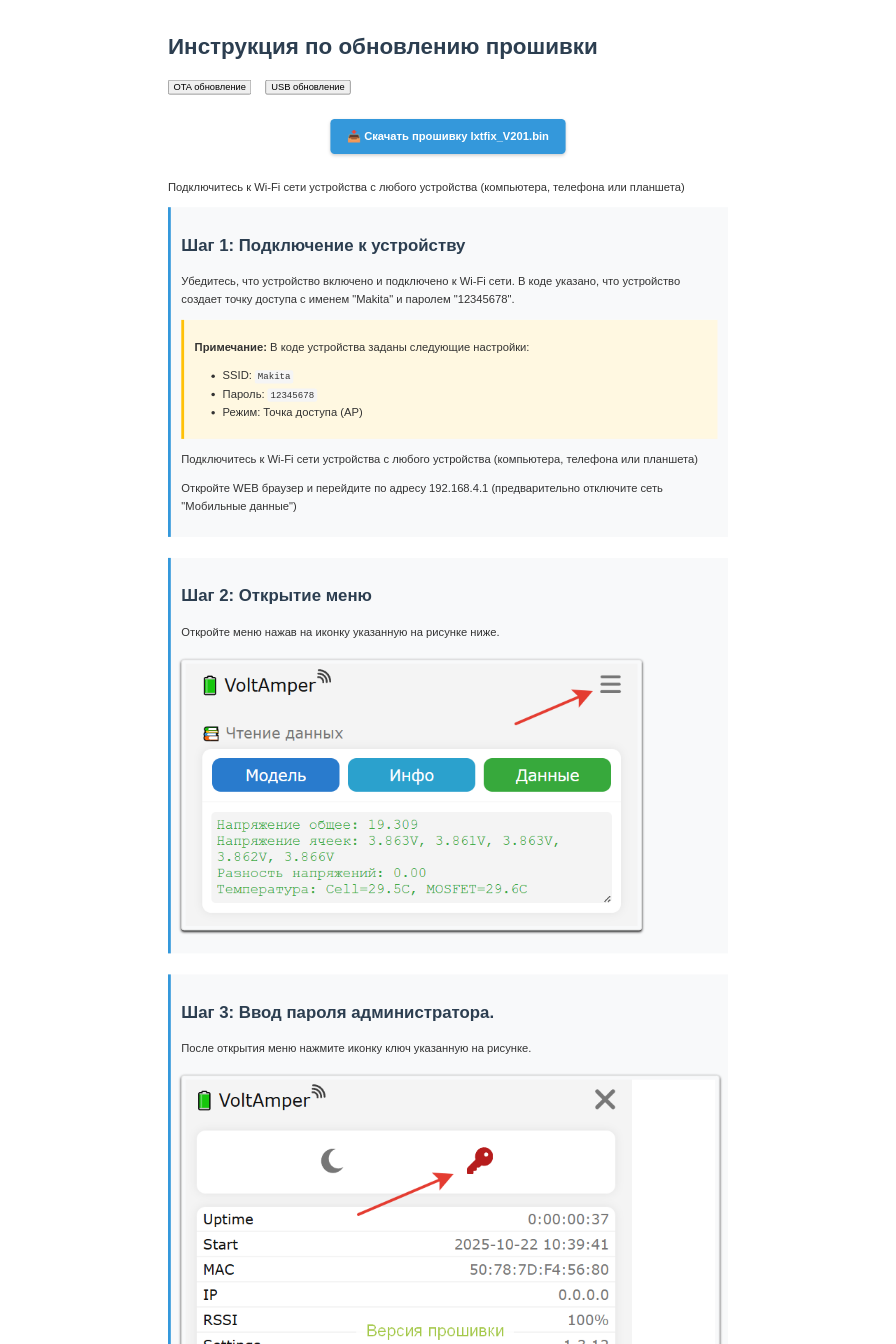
Repository: NikElectronics/ELIXStoFIX
Page: firmware.html
The author's editor kept a copy of each file at every save. The page is drawn from the files as they stood at one save, then again after the next save.
The browser window is 1280 px wide. The pictures show the part of the page from y = 0 to 1920 px (the page is 5433 px tall before and 5601 px after), at 70% of full size.

Above is the page before, as saved 2026-01-16 15:34:54.

### firmware.html
<!DOCTYPE html>
<html lang="ru">

<head>
    <meta charset="UTF-8">
    <meta name="viewport" content="width=device-width, initial-scale=1.0">
    <title>Инструкция по обновлению прошивки</title>
    <style>
        body {
            font-family: Arial, sans-serif;
            line-height: 1.6;
            max-width: 800px;
            margin: 0 auto;
            padding: 20px;
            color: #333;
        }

        h1,
        h2,
        h3 {
            color: #2c3e50;
        }

        .step {
            margin-bottom: 30px;
            padding: 15px;
            border-left: 4px solid #3498db;
            background-color: #f8f9fa;
        }

        .screenshot {
            max-width: 100%;
            border: 1px solid #ddd;
            border-radius: 4px;
            padding: 5px;
            margin: 10px 0;
            box-shadow: 0 2px 4px rgba(0, 0, 0.1);
            cursor: pointer;
            transition: transform 0.3s ease;
        }

        .screenshot:hover {
            transform: scale(1.05);
        }

        /* Стили для модального окна изображения */
        .modal {
            display: none;
            position: fixed;
            z-index: 1000;
            left: 0;
            top: 0;
            width: 100%;
            height: 100%;
            background-color: rgba(0, 0, 0, 0.9);
            backdrop-filter: blur(5px);
        }

        .modal-content {
            display: block;
            margin: auto;
            max-width: 90%;
            max-height: 90%;
            position: absolute;
            top: 50%;
            left: 50%;
            transform: translate(-50%, -50%);
            border-radius: 8px;
        }

        .close {
            position: absolute;
            top: 20px;
            right: 35px;
            color: #fff;
            font-size: 40px;
            font-weight: bold;
            cursor: pointer;
            z-index: 1001;
        }

        .close:hover {
            color: #ccc;
        }

        .note {
            background-color: #fff8e1;
            border-left: 4px solid #ffc107;
            padding: 10px 15px;
            margin: 15px 0;
        }

        .warning {
            background-color: #ffebee;
            border-left: 4px solid #f44336;
            padding: 10px 15px;
            margin: 15px 0;
        }

        code {
            background-color: #f5f5f5;
            padding: 2px 4px;
            border-radius: 3px;
            font-family: monospace;
        }

        .download-btn {
            display: inline-block;
            background-color: #3498db;
            color: white;
            padding: 12px 24px;
            text-decoration: none;
            border-radius: 6px;
            font-weight: bold;
            transition: all 0.3s ease;
            box-shadow: 0 2px 5px rgba(0, 0, 0, 0.2);
            margin: 15px 0;
        }

        .download-btn:hover {
            background-color: #2980b9;
            transform: translateY(-2px);
            box-shadow: 0 4px 8px rgba(0, 0, 0, 0.2);
        }

        .download-btn:active {
            transform: translateY(0);
            box-shadow: 0 2px 3px rgba(0, 0, 0, 0.2);
        }

        .download-container {
            text-align: center;
            margin: 20px 0;
        }
    </style>
</head>

<body>

    <h1>Инструкция по обновлению прошивки</h1>

    <div style="display: flex; gap: 20px; margin: 20px 0;">
        <button id="otaTab" class="tab-btn active" onclick="showTab('ota')">OTA обновление</button>
        <button id="usbTab" class="tab-btn" onclick="showTab('usb')">USB обновление</button>
    </div>

    <div id="otaContent" class="tab-content">

    <div class="download-container">
        <a href="files/lxtfix_V201.bin" download class="download-btn">
            📥 Скачать прошивку lxtfix_V201.bin
        </a>
    </div>

    <p>Подключитесь к Wi-Fi сети устройства с любого устройства (компьютера, телефона или планшета)</p>
    <div class="step">
        <h2>Шаг 1: Подключение к устройству</h2>
        <p>Убедитесь, что устройство включено и подключено к Wi-Fi сети. В коде указано, что устройство создает точку
            доступа с именем "Makita" и паролем "12345678".</p>
        <div class="note">
            <p><strong>Примечание:</strong> В коде устройства заданы следующие настройки:</p>
            <ul>
                <li>SSID: <code>Makita</code></li>
                <li>Пароль: <code>12345678</code></li>
                <li>Режим: Точка доступа (AP)</li>
            </ul>
        </div>
        <p>Подключитесь к Wi-Fi сети устройства с любого устройства (компьютера, телефона или планшета)</p>
         <p>Откройте WEB браузер и перейдите по адресу 192.168.4.1 (предварительно отключите сеть "Мобильные данные")</p>
    </div>

    <div class="step">
        <h2>Шаг 2: Открытие меню</h2>
        <p>Откройте меню нажав на иконку указанную на рисунке ниже. </p>
        <img src="images/menu.png" alt="Главная страница веб-интерфейса" class="screenshot">
    </div>

    <div class="step">
        <h2>Шаг 3: Ввод пароля администратора.</h2>
        <p>После открытия меню нажмите иконку ключ указанную на рисунке.</p>
        <img src="images/menu_open.png" alt="Главная страница веб-интерфейса" class="screenshot">
        <p>И введите в поле, открывшегося окна Password, пароль LTXFIX (для новых версий) или nik1709 (для старых
            версий)</p>
        <img src="images/password.png" alt="Главная страница веб-интерфейса" class="screenshot">
    </div>

    <div class="step">
        <h2>Шаг 4: Выбор прошивки</h2>
        <p>После ввода правильного пароля иконка ключа станет зеленым и появится иконка ОТА (облако)".</p>
        <p>Нажав на иконку OTA откроется прводник файлов вашего устройства. Найдите и выберите заранее скачанную
            прошивку.</p>
        <img src="images/pass_good.png" alt="Раздел программатора" class="screenshot">
        <div class="note">
            <p><strong>Примечание:</strong> Убедитесь, что файл прошивки имеет правильный формат (обычно .bin) и
                совместим с вашим устройством.</p>
        </div>
    </div>

    <div class="step">
        <h2>Шаг 5: Загрузка новой прошивки</h2>
        <p>После выбора файла прошивки нажмите кнопку ОК для начала загрузки. </p>
        <img src="images/firmware.png" alt="Интерфейс загрузки прошивки" class="screenshot">

    </div>

    <div class="step">
        <h2>Шаг 6: Процесс обновления</h2>
        <p>При обновлении прошивки иконка облако станет зеленым. Не прерывайте процесс обновления и не отключайте
            питание устройства до появления сообщения "OTA завершено" в нижней части экрана.</p>
        <img src="images/green.png" alt="Процесс обновления прошивки" class="screenshot">
        <div class="warning">
            <p><strong>Внимание:</strong> Прерывание процесса обновления может привести к повреждению прошивки и
                необходимости физического перепрограммирования устройства!</p>
        </div>
    </div>

    <div class="step">
        <h2>Шаг 7: Завершение обновления</h2>
        <p>После успешной загрузки прошивки устройство обычно перезагружается автоматически. Если этого не произошло, вы
            можете перезагрузить устройство вручную с помощью кнопки "Перезагрузить" в веб-интерфейсе или выключив и включив питание.</p>
    </div>

    <div class="step">
        <h2>Шаг 8: Проверка новой версии</h2>
        <p>После перезагрузки снова откройте меню и проверьте, что версия прошивки изменилась на новую.</p>
        <img src="images/control.png" alt="Процесс обновления прошивки" class="screenshot">
    </div>

    <div class="note">
        <h3>Дополнительная информация</h3>
        <p>В коде устройства реализована система лицензирования через серийный номер. Если после обновления возникают
            проблемы с лицензией, проверьте правильность введенного ключа в разделе программатора. Обратитесь в техподдержку.</p>
    </div>

    <div class="warning">
        <h3>Важные предупреждения</h3>
        <ul>
            <li>Под паролем администратора не совершайте иных действий кроме указанных в данной инструкции.</li>
            <li>Убедитесь, что источник прошивки надежный и файл не поврежден</li>
            <li>Не прерывайте процесс обновления</li>
            <li>Убедитесь, что устройство имеет стабильное питание во время обновления</li>
        </ul>
    </div>

    <!-- Модальное окно для изображений -->
    <div class="modal" id="imageModal">
        <span class="close" id="closeModal">&times;</span>
        <img class="modal-content" id="modalImage" src="" alt="">
    </div>

    <script>
        // Добавляем функционал для увеличения изображений
        document.addEventListener('click', function(event) {
            // Проверяем, является ли клик по изображению в контейнере
            if (event.target.classList.contains('screenshot')) {
                openImageModal(event.target.src, event.target.alt);
            }
        });

        // Функция для открытия модального окна с изображением
        function openImageModal(src, alt) {
            const modal = document.getElementById('imageModal');
            const modalImg = document.getElementById('modalImage');
            const closeModal = document.getElementById('closeModal');

            modalImg.src = src;
            modalImg.alt = alt;

            modal.style.display = 'block';

            // Обработчики закрытия
            closeModal.onclick = function() {
                modal.style.display = 'none';
            };

            modal.onclick = function() {
                modal.style.display = 'none';
            };
        }

        // Закрытие модального окна при нажатии на клавишу Escape
        document.addEventListener('keydown', function(event) {
            if (event.key === 'Escape') {
                const modal = document.getElementById('imageModal');
                if (modal.style.display === 'block') {
                    modal.style.display = 'none';
                }
            }
        });
    </script>

    <div id="usbContent" class="tab-content" style="display: none;">
        <div class="download-container">
            <a href="files/lxtfix_V201.bin" download class="download-btn">
                📥 Скачать прошивку lxtfix_V201.bin
            </a>
        </div>

        <div class="step">
            <h2>Шаг 1: Подготовка к USB обновлению</h2>
            <p>Для обновления прошивки через USB понадобится:</p>
            <ul>
                <li>USB кабель (micro-USB или USB-C, в зависимости от модели устройства)</li>
                <li>Скачанная прошивка (.bin файл)</li>
                <li>Программа для прошивки (например, ESP Flash Download Tool или PlatformIO)</li>
            </ul>
            <div class="note">
                <p><strong>Примечание:</strong> Убедитесь, что у вас установлены драйверы для подключения ESP32 компьютеру.</p>
            </div>

        <div class="step">
            <h2>Шаг 2: Подключение к компьютеру</h2>
            <p>Выключите устройство и подключите его к компьютеру через USB кабель.</p>
            <img src="images/usb-connection.png" alt="Подключение устройства через USB" class="screenshot">
        </div>

        <div class="step">
            <h2>Шаг 3: Запуск режима прошивки</h2>
            <p>Зажмите кнопку BOOT (или IO0) на плате ESP32 и включите питание, удерживая кнопку. После включения питания можно отпустить кнопку.</p>
            <div class="note">
                <p><strong>Примечание:</strong> Устройство должно появиться в диспетчере устройств как COM порт.</p>
            </div>
        </div>

        <div class="step">
            <h2>Шаг 4: Настройка программы прошивки</h2>
            <p>Откройте программу для прошивки (ESP Flash Download Tool или PlatformIO) и настройте параметры:</p>
            <ul>
                <li>Выберите соответствующий COM порт</li>
                <li>Установите скорость соединения (обычно 921600 или 460800)</li>
                <li>Выберите файл прошивки (.bin), который вы скачали ранее</li>
                <li>Установите адрес прошивки (обычно 0x00010000 или 0x00000000)</li>
            </ul>
        </div>

        <div class="step">
            <h2>Шаг 5: Загрузка прошивки</h2>
            <p>Начните процесс прошивки, нажав кнопку "Start" или "Upload" в программе. Дождитесь завершения процесса.</p>
            <img src="images/programmer-tab.jpeg" alt="Процесс загрузки прошивки" class="screenshot">
            <div class="warning">
                <p><strong>Внимание:</strong> Не отключайте USB кабель и не выключайте устройство до завершения процесса прошивки!</p>
            </div>
        </div>

        <div class="step">
            <h2>Шаг 6: Перезагрузка устройства</h2>
            <p>После успешной загрузки прошивки отключите питание устройства и отсоедините USB кабель. Затем снова подключите питание, чтобы запустить новую прошивку.</p>
        </div>

        <div class="step">
            <h2>Шаг 7: Проверка новой версии</h2>
            <p>После перезагрузки откройте веб-интерфейс устройства и проверьте, что версия прошивки изменилась на новую.</p>
        </div>

        <div class="note">
            <h3>Дополнительная информация</h3>
            <p>Если у вас возникли проблемы с подключением устройства к компьютеру, проверьте наличие и работоспособность USB драйверов.</p>
        </div>

        <div class="warning">
            <h3>Важные предупреждения</h3>
            <ul>
                <li>Убедитесь, что используете правильный файл прошивки для вашей модели устройства</li>
                <li>Не прерывайте процесс прошивки до его завершения</li>
                <li>Убедитесь, что устройство имеет стабильное питание во время обновления</li>
                <li>Проверьте правильность настроек COM порта и скорости соединения</li>
            </ul>
        </div>
    </div>

    <script>
        function showTab(tabName) {
            // Скрыть все содержимое вкладок
            document.getElementById('otaContent').style.display = 'none';
            document.getElementById('usbContent').style.display = 'none';

            // Убрать активный класс со всех кнопок
            document.getElementById('otaTab').classList.remove('active');
            document.getElementById('usbTab').classList.remove('active');

            // Показать выбранную вкладку и сделать кнопку активной
            document.getElementById(tabName + 'Content').style.display = 'block';
            document.getElementById(tabName + 'Tab').classList.add('active');
        }

        // Добавляем функционал для увеличения изображений
        document.addEventListener('click', function(event) {
            // Проверяем, является ли клик по изображению в контейнере
            if (event.target.classList.contains('screenshot')) {
                openImageModal(event.target.src, event.target.alt);
            }
        });

        // Функция для открытия модального окна с изображением
        function openImageModal(src, alt) {
            const modal = document.getElementById('imageModal');
            const modalImg = document.getElementById('modalImage');
            const closeModal = document.getElementById('closeModal');

            modalImg.src = src;
            modalImg.alt = alt;

            modal.style.display = 'block';

            // Обработчики закрытия
            closeModal.onclick = function() {
                modal.style.display = 'none';
            };

            modal.onclick = function() {
                modal.style.display = 'none';
            };
        }

        // Закрытие модального окна при нажатии на клавишу Escape
        document.addEventListener('keydown', function(event) {
            if (event.key === 'Escape') {
                const modal = document.getElementById('imageModal');
                if (modal.style.display === 'block') {
                    modal.style.display = 'none';
                }
            }
        });
    </script>
</body>

</html>

After the next save:
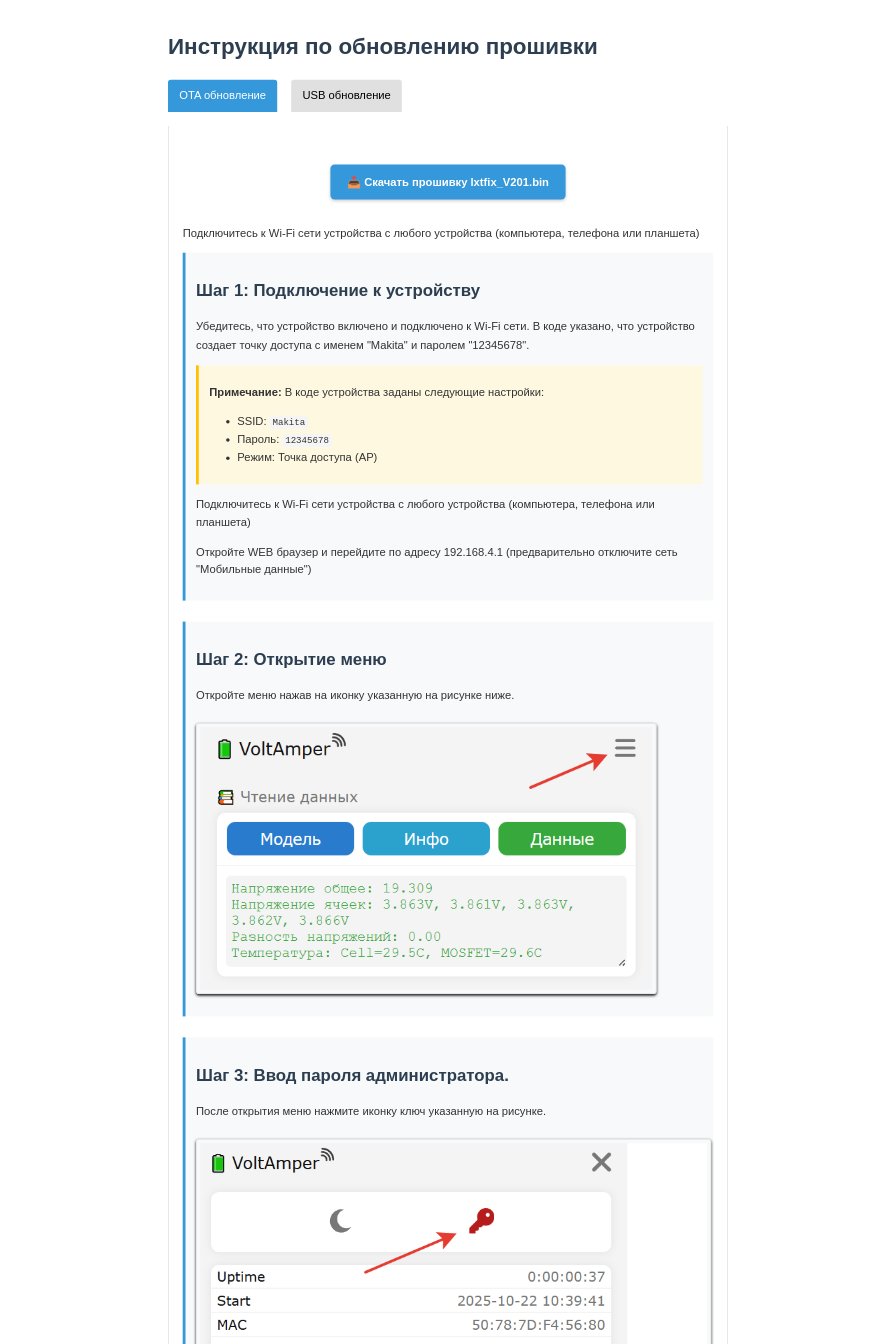
Saved 14 s later.
--- a/firmware.html
+++ b/firmware.html
@@ -132,6 +132,33 @@
             text-align: center;
             margin: 20px 0;
         }
+
+        .tab-btn {
+            background-color: #e0e0e0;
+            border: none;
+            outline: none;
+            cursor: pointer;
+            padding: 14px 16px;
+            font-size: 16px;
+            border-radius: 4px 4px 0 0;
+            transition: 0.3s;
+        }
+
+        .tab-btn.active {
+            background-color: #3498db;
+            color: white;
+        }
+
+        .tab-btn:hover:not(.active) {
+            background-color: #bdc3c7;
+        }
+
+        .tab-content {
+            padding: 20px;
+            border: 1px solid #ddd;
+            border-top: none;
+            border-radius: 0 0 4px 4px;
+        }
     </style>
 </head>
 
